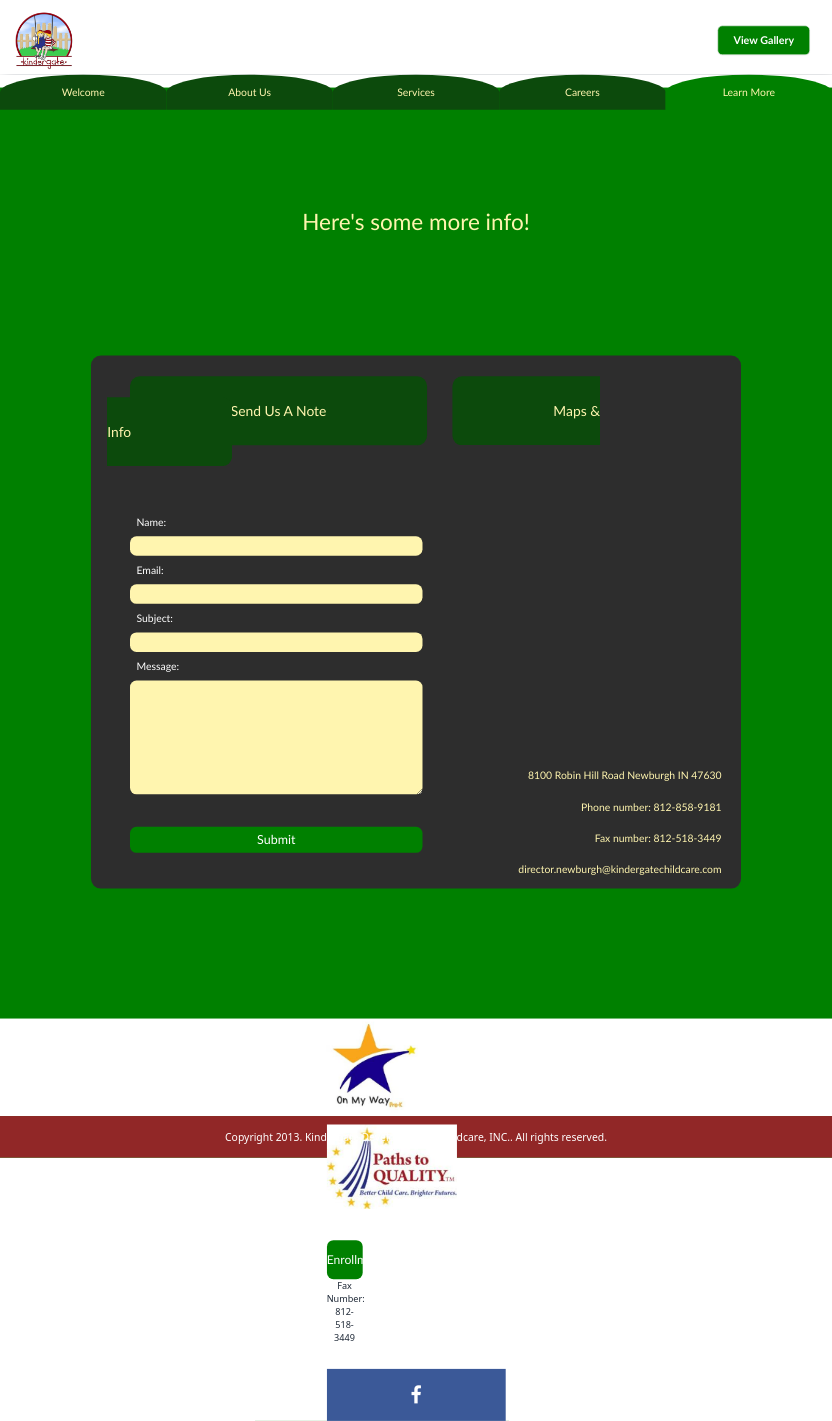
Repository: Parkerboling1/Kindergate-Final-Copy-copy
Page: learn-more.html
An editor plug-in stored every save of this project. The page is shown before and after the next save, followed by the edit.
The browser window is 1280 px wide. The pictures show the whole page, at 65% of full size.
Pictures or frames that could not be fetched are drawn as grey boxes. Some web libraries are served in a nearby version.

Above is the page before, as saved 2024-06-05 01:54:18.

### learn-more.html
<!DOCTYPE html>
<html lang="en">
  <head>
    <meta charset="UTF-8" />
    <meta http-equiv="X-UA-Compatible" content="IE=edge" />
    <meta name="viewport" content="width=device-width, initial-scale=1.0" />
    <meta name="color-scheme" content="light">
    <meta property="og:title" content="Learn More">
    <meta property="og:description" content="Learn more about the services we offer and what we can do for your family!">
    <meta property="og:image" content="https://nebula.wsimg.com/b7ff144ccc30aa0f75b0f68574fc180a?AccessKeyId=070E06FBEECABFE2C97D&disposition=0&alloworigin=1">
    <meta property="og:url" content="https://www.parkerswebproductions.com">
    <meta name="color-scheme" content="light">
    <title>Kindergate Childcare</title>
    <link rel="stylesheet" href="styles/learnstyles.css" />
    <link rel="icon" type="image/x-icon" href="./assets/Logo.ico">
    <link href="https://cdn.jsdelivr.net/npm/daisyui@4.11.1/dist/full.min.css" rel="stylesheet" type="text/css" />
    <script src="https://cdn.tailwindcss.com"></script>
    <style>
      :root {
        color-scheme: light;
      }

      @media (prefers-color-scheme: dark) {
        :root {
          color-scheme: light;
        }
      }
    </style>
    <link
      rel="stylesheet"
      href="https://cdnjs.cloudflare.com/ajax/libs/font-awesome/4.7.0/css/font-awesome.min.css"
    />
  </head>
  <body>
    <div class="headercontent">
      <a href="index.html" class="headerlink">
        <img
          src="/assets/Logo.jpeg"
          alt="Kindergate Logo"
          class="headerimage"
        />
      </a>

      <a href="/Gallery.html" class="headerviewlink hide-for-mobile">
        <button class="viewgallery btn hover:shadow-xl">View Gallery</button>
      </a>
      <div class="menutoggle hide-for-desktop">
        <!-- Use any element to open/show the overlay navigation menu -->
        <div class="mobilemenucontainer hide-for-desktop">
          <div class="mobilemenu hide-for-desktop">
            <input type="checkbox" class="menuinput" name="checkboxlistener" />
            <div class="bar1"></div>
            <div class="bar2"></div>
            <div class="bar3"></div>

            <div id="myNav" class="overlay">
              <!-- Overlay content -->
              <div class="overlay-content">
                <a href="/index.html" class="mobilemenubuttoncontainer">
                  <button class="navigationbuttons">Home</button>
                </a>
                <a href="/about-us.html" class="mobilemenubuttoncontainer">
                  <button class="navigationbuttons">About</button>
                </a>
                <a href="/services.html" class="mobilemenubuttoncontainer">
                  <button class="navigationbuttons">Services</button>
                </a>
                <a
                  href="/employment-opportunities.html"
                  class="mobilemenubuttoncontainer"
                >
                  <button class="navigationbuttons">Careers</button>
                </a>
                <a href="/learn-more.html" class="mobilemenubuttoncontainer">
                  <button class="navigationbuttons">Learn More</button>
                </a>
                <a href="/Gallery.html" class="mobilemenubuttoncontainer">
                  <button class="navigationbuttons">See Gallery!</button>
                </a>
              </div>
            </div>
          </div>
        </div>
      </div>
      <div class="tablinkscontainer hide-for-mobile">
        <div class="tablinks">
          <a href="/index.html" class="tablinkbuttoncontainer">
            <button class="topnavbutton button1">Welcome</button>
          </a>
          <a href="/about-us.html" class="tablinkbuttoncontainer">
            <button class="topnavbutton button2">About Us</button>
          </a>
          <a href="/services.html" class="tablinkbuttoncontainer">
            <button class="topnavbutton button3">Services</button>
          </a>
          <a
            href="/employment-opportunities.html"
            class="tablinkbuttoncontainer"
          >
            <button class="topnavbutton button4">Careers</button>
          </a>
          <a href="/learn-more.html" class="tablinkbuttoncontainer">
            <button class="topnavbutton button5">Learn More</button>
          </a>
        </div>
      </div>
    </div>
    <div class="background hide-for-mobile">
      <div class="desktoplearnmorecontainer">
        <div class="desktoplearnmoreheader">Here's some more info!</div>
        <div class="desktoplearnmorebulletin bounce">
          <div class="desktoplmbhc">
            <div class="desktoplearnmorebulletinheader">Send Us A Note</div>
            <div class="desktoplearnmorebulletinheader">Maps & Info</div>
          </div>
          <div class="desktoplmbc">
            <div class="desktoplmc1">
              <div class="desktoplminputs">
                <form
                  action="/contactform.php"
                  method="POST"
                  class="learnmoreform"
                >
                  <div class="desktoplminputpos">
                    <label class="lmlabels"> Name: </label>
                    <input name="name" type="text" class="lminputs desktop" />
                  </div>
                  <div class="desktoplminputpos">
                    <label class="lmlabels"> Email: </label>
                    <input name="mail" type="text" class="lminputs desktop" />
                  </div>
                  <div class="desktoplminputpos">
                    <label class="lmlabels"> Subject: </label>
                    <input
                      name="subject"
                      type="text"
                      class="lminputs desktop"
                    />
                  </div>
                  <div class="desktoplminputpos">
                    <label class="lmlabels"> Message: </label>
                    <textarea
                      name="message"
                      class="lminputs messageinput"
                    ></textarea>
                  </div>
                  <div class="desktoplminputpos">
                    <input
                      name="submit"
                      type="submit"
                      class="lminputs submitinput"
                    />
                  </div>
                </form>
              </div>
            </div>
            <div class="desktoplmc2">
              <iframe
                src="https://www.google.com/maps/embed?pb=!1m18!1m12!1m3!1d100703.10600285827!2d-87.61784313927117!3d37.93108310793016!2m3!1f0!2f0!3f0!3m2!1i1024!2i768!4f13.1!3m3!1m2!1s0x886e2d46287337b9%3A0x9153da594514816a!2sKindergate%20Developmental%20Center!5e0!3m2!1sen!2sus!4v1646288946875!5m2!1sen!2sus"
                width="400"
                height="300"
                style="border: 0; margin-top: 40px"
                allowfullscreen=""
                loading="lazy"
              ></iframe>
              <br />
              <p>
                8100 Robin Hill Road Newburgh IN 47630
                <br />

                Phone number: 812-858-9181
                <br />
                Fax number: 812-518-3449
                <br />
                <a
                  href="mailto:director.newburgh@kindergatechildcare.com"
                  target="_blank"
                  >director.newburgh@kindergatechildcare.com</a
                >
              </p>
            </div>
          </div>
        </div>
      </div>

      <div class="footer">
        <div class="wholefootercontainer">
          <div class="onmyway">
            <img
              src="assets/onmyway.jpg"
              alt="On My Way Pre-k"
              class="onmywayimage"
            />
          </div>
          <div class="pathstoquality">
            <img
              src="assets/pathstoquality.jpg"
              alt="Paths To Quality"
              class="pathsimage"
            />
          </div>
          <div class="enrollmentfax">
            <a href="/learn-more.html" class="enrollmentbutton">Enrollment</a>
            <div class="faxingnumber">Fax Number: 812-518-3449</div>
          </div>
          <div class="socialmediaicons">
            <div class="desktopfacebook">
              <a
                href="https://www.facebook.com/groups/480383766662011"
                class="fa fa-facebook"
              ></a>
            </div>
          </div>
        </div>
      </div>
      <div class="copyright">
        Copyright 2013. Kindergate Developmental Childcare, INC.. All rights
        reserved.
      </div>
    </div>
    <div class="mobilebackground hide-for-desktop">

        <div class="mobilelearnmoreheader">
            Here's some more info!
        </div>
        <div class="mobilelearnmorebulletin bounce">
           <div class="mobilelearnmorebulletinheader1">Send Us A Note</div>
           <form action="/contactform.php" method="POST" class="learnmoreform">
               <div class="mobilelminputpos">
                   <label class="lmlabels">
                       Name:
                       </label>
                       <input name="name"type="text" class="mobilelminputs mobile">
               </div>
               <div class="mobilelminputpos">
                   <label class="lmlabels">
                       Email:
                       </label>
                       <input  name="mail" type="text" class="mobilelminputs mobile">
               </div>
               <div class="mobilelminputpos">
                   <label  class="lmlabels">
                      Subject:
                       </label>
                       <input name="subject"type="text" class="mobilelminputs mobile">
               </div>
               <div class="mobilelminputpos">
                   <label class="lmlabels">
                       Message:
                       </label>
                       <textarea name="message" class="mobilelminputs mobilemessageinput"></textarea>
               </div>
               <div class="mobilelminputpos">

                       <input name="submit"type="submit" class="mobilelminputs submitinput">
               </div>
           </form>
           <div class="mobilelearnmorebulletinheader2">Maps & Info</div>
           <iframe class="mobileiframe" src="https://www.google.com/maps/embed?pb=!1m18!1m12!1m3!1d100703.10600285827!2d-87.61784313927117!3d37.93108310793016!2m3!1f0!2f0!3f0!3m2!1i1024!2i768!4f13.1!3m3!1m2!1s0x886e2d46287337b9%3A0x9153da594514816a!2sKindergate%20Developmental%20Center!5e0!3m2!1sen!2sus!4v1646288946875!5m2!1sen!2sus" width="100%" height="300" style="border:0;margin:0 auto;" allowfullscreen="" loading="lazy"></iframe>
           <div class="lmmc">
               <p>
                   8100 Robin Hill Road Newburgh IN 47630
                   <br>
                   Phone number: 812-858-9181
                   <br>
                   Fax number: 812-518-3449
                   <br>
                   <a class="mailtolink" href="mailto:director.newburgh@kindergatechildcare.com" target="_blank">director.newburgh@kindergatechildcare.com</a>
               </p>
           </div>
        </div>

        <div class="mobilefooter hide-for-desktop">
            <div class="mobilewholefootercontainer">
                <div class="mobileonmyway">
                    <img src="assets/onmyway.jpg" alt="On My Way Pre-k" class="mobileonmywayimage">
                </div>
                <div class="mobilepathstoquality">
                    <img src="assets/pathstoquality.jpg" alt="Paths To Quality" class="mobilepathsimage">
                </div>
                <div class="mobileenrollmentfax">
                       <a href="/learn-more.html" class="mobileenrollmentbutton">Enrollment</a>
                     <div class="mobilefaxingnumber">Fax Number: 812-518-3449</div>
                </div>
                <div class="mobilesocialmediaicons">
                 <a href="https://www.facebook.com/groups/480383766662011/about" class="fa fa-facebook"></a>
                </div>


            </div>
         </div>
         <div class="copyright">
            Copyright 2013. Kindergate Developmental Childcare, INC.. All rights
            reserved.
          </div>

    </div>

    <script src="/scripts/learn.js">



    </script>
  </body>
</html>

Loaded but not shown: scripts/learn.js (53 lines, source omitted); styles/learnstyles.css (657 lines, source omitted)

After the next save:
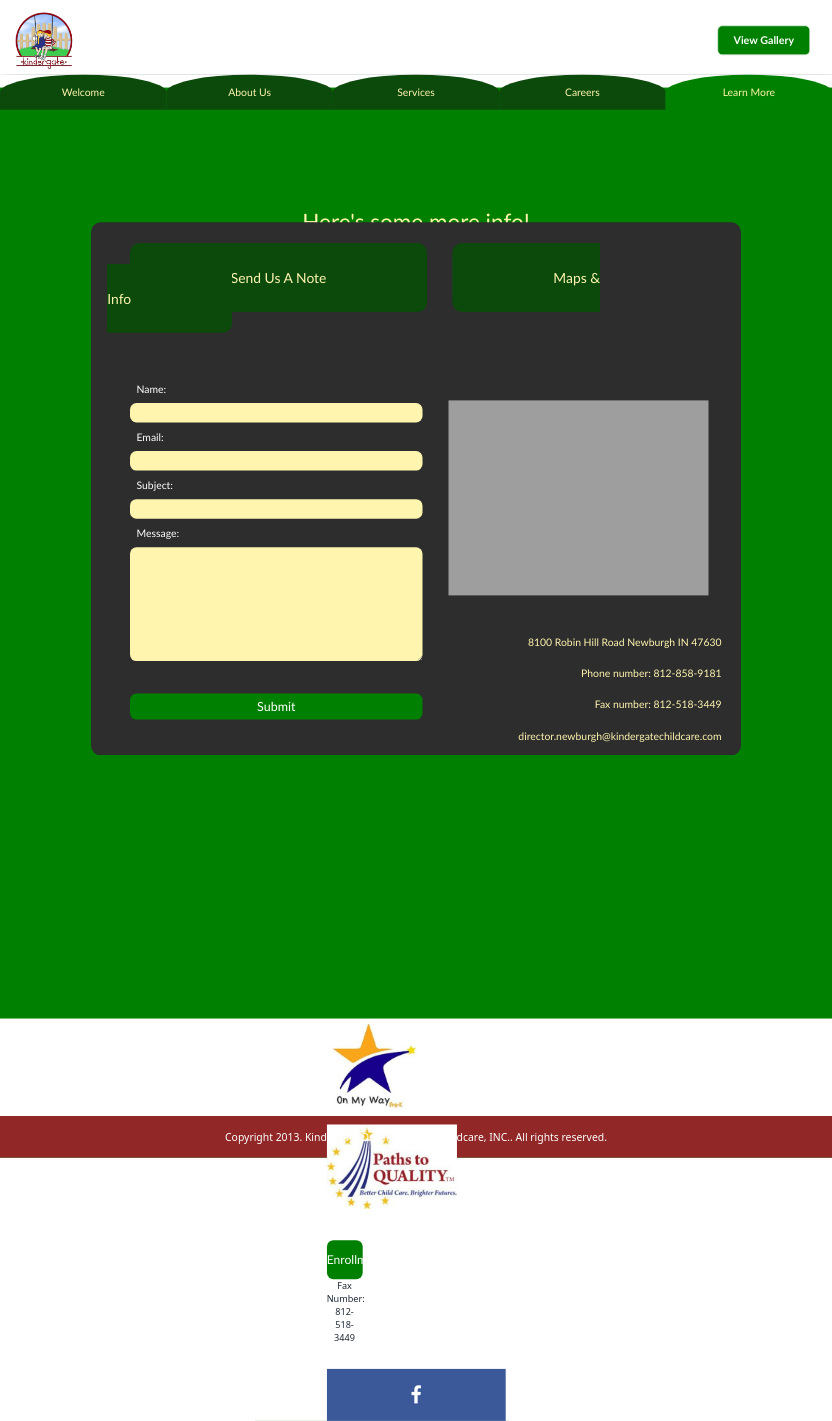
Saved 27 s later.
--- a/learn-more.html
+++ b/learn-more.html
@@ -108,7 +108,7 @@
     <div class="background hide-for-mobile">
       <div class="desktoplearnmorecontainer">
         <div class="desktoplearnmoreheader">Here's some more info!</div>
-        <div class="desktoplearnmorebulletin bounce">
+        <div class="desktoplearnmorebulletin b">
           <div class="desktoplmbhc">
             <div class="desktoplearnmorebulletinheader">Send Us A Note</div>
             <div class="desktoplearnmorebulletinheader">Maps & Info</div>

After the 2 saves that followed:
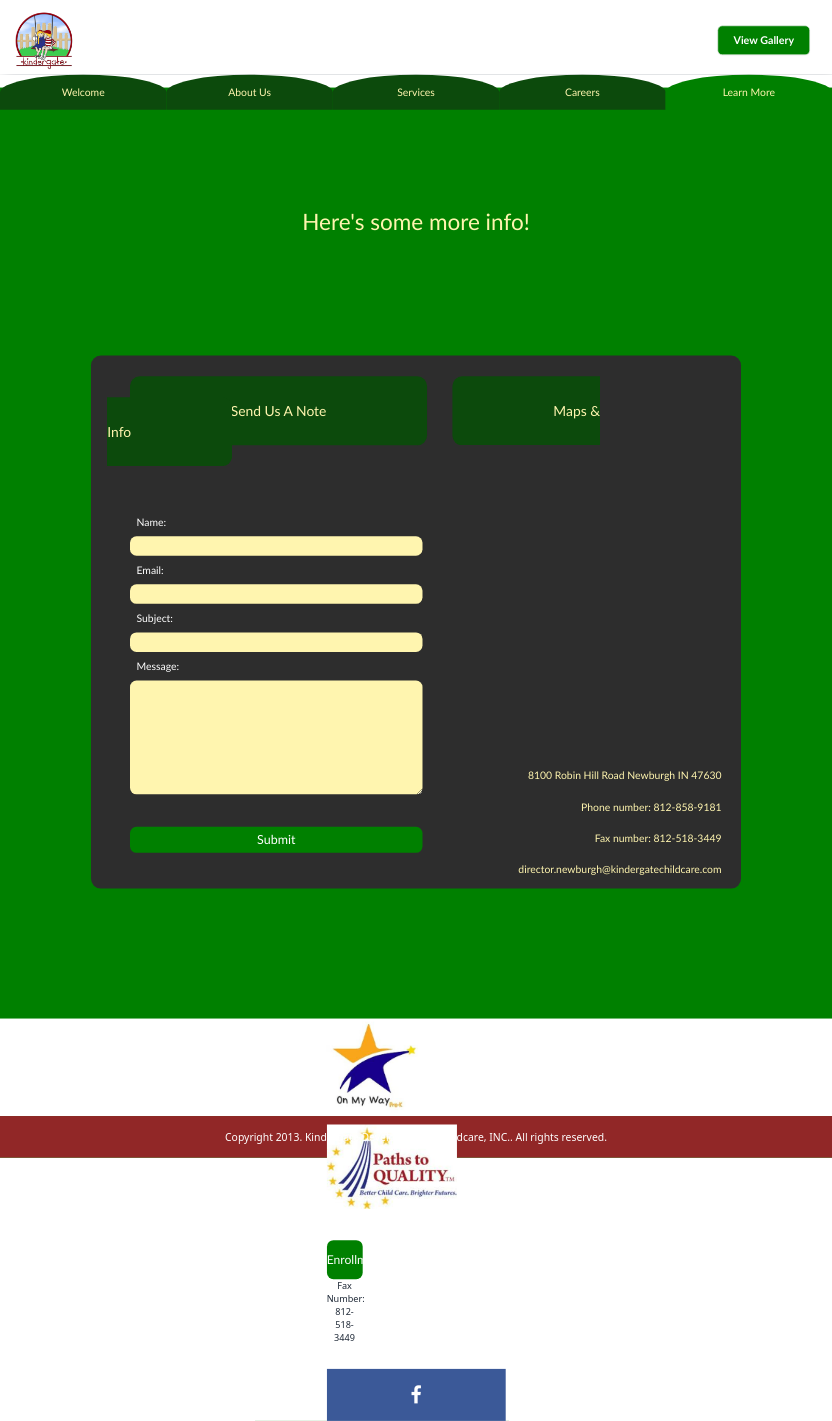
The 2 saves are shown as one change because 1 left the picture as it was.
The last was saved 20 s later.
--- a/learn-more.html
+++ b/learn-more.html
@@ -108,7 +108,7 @@
     <div class="background hide-for-mobile">
       <div class="desktoplearnmorecontainer">
         <div class="desktoplearnmoreheader">Here's some more info!</div>
-        <div class="desktoplearnmorebulletin b">
+        <div class="desktoplearnmorebulletin bounce">
           <div class="desktoplmbhc">
             <div class="desktoplearnmorebulletinheader">Send Us A Note</div>
             <div class="desktoplearnmorebulletinheader">Maps & Info</div>
